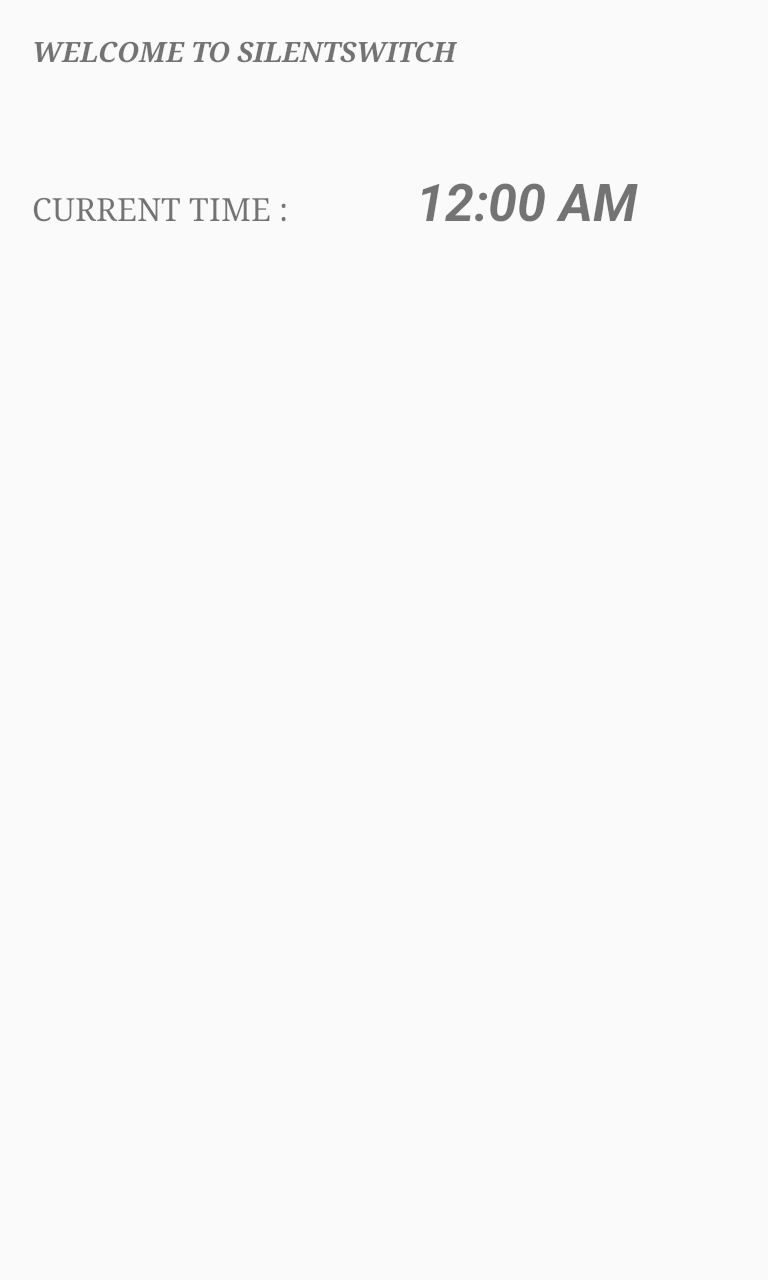
Repository: karakor/SilentSwitch2
Layout: SilentSwitch/res/layout/activity_alarm.xml
An editor plug-in stored every save of this project. The layout is shown before and after the next save, followed by the edit.
It is drawn on a 768 x 1280 px phone screen (xhdpi) without system bars, with theme AppTheme; the app's code is not run. The app's manifest (not shown) leaves right-to-left support off. So textAlignment, textDirection and layoutDirection are ignored, and left and right values win over start and end ones.

Above is the layout before, as saved 2015-03-02 11:02:37.

After the next save:
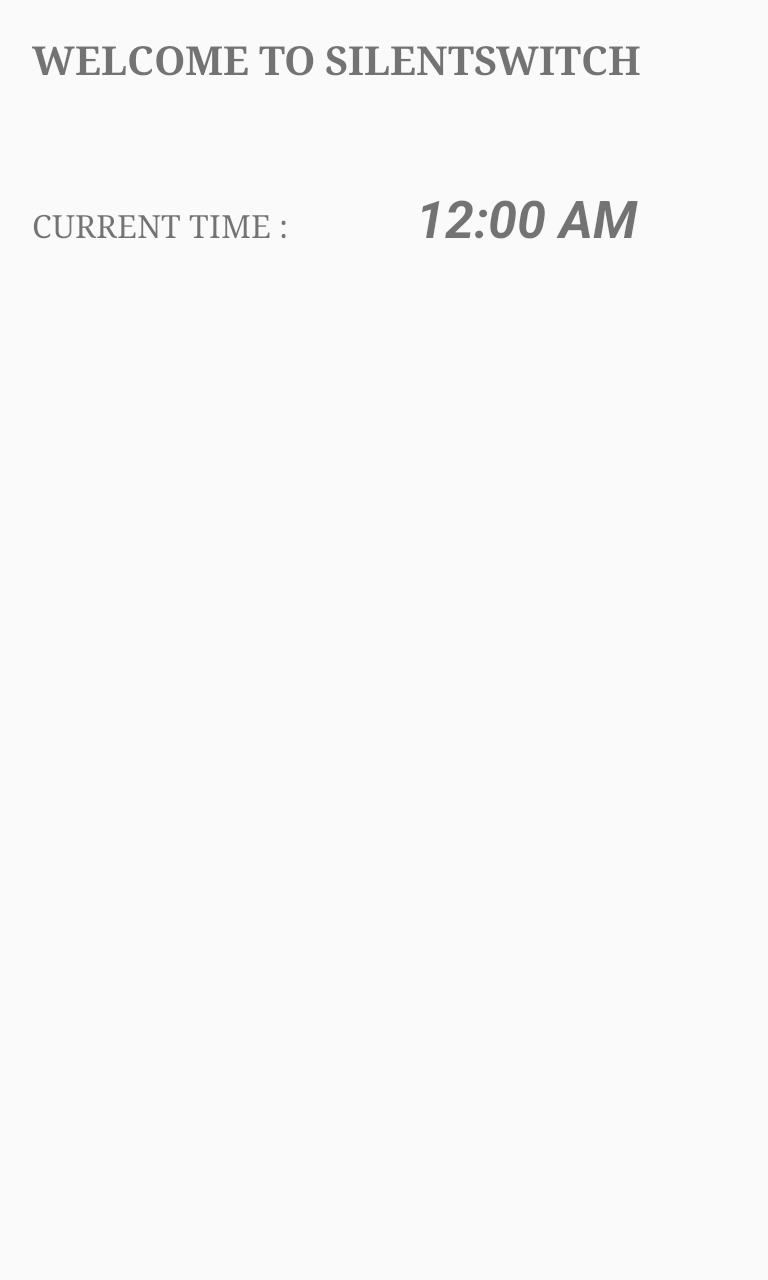
Saved 59 s later.
--- a/SilentSwitch/res/layout/activity_alarm.xml
+++ b/SilentSwitch/res/layout/activity_alarm.xml
@@ -13,7 +13,8 @@
         android:layout_width="wrap_content"
         android:layout_height="wrap_content"
         android:text="@string/hello_world"
-        android:textStyle="bold|italic"
+        android:textStyle="bold"
+        android:textSize="20sp"
         android:typeface="serif"  />
 
     <TextView
